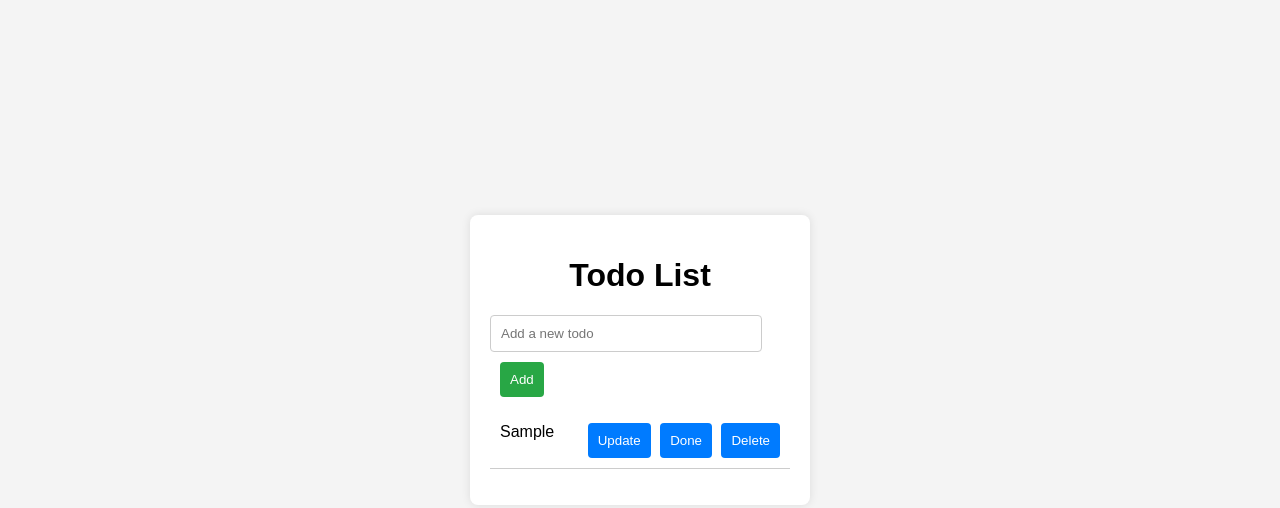
Repository: bianphang/todo-list_vanilla-js
Page: index.html
These files come from the project's save history. The page is drawn as it stood at one moment and after the next save; the edit follows.
The browser window is 1280 px wide. The pictures show the whole page.
Empty fields were first filled with sample values (such as "Sample", 5 or name@example.com).
After loading, the first visible `#add-btn` was clicked once.

Above is the page before, as saved 2024-06-09 12:43:28.

After the next save:
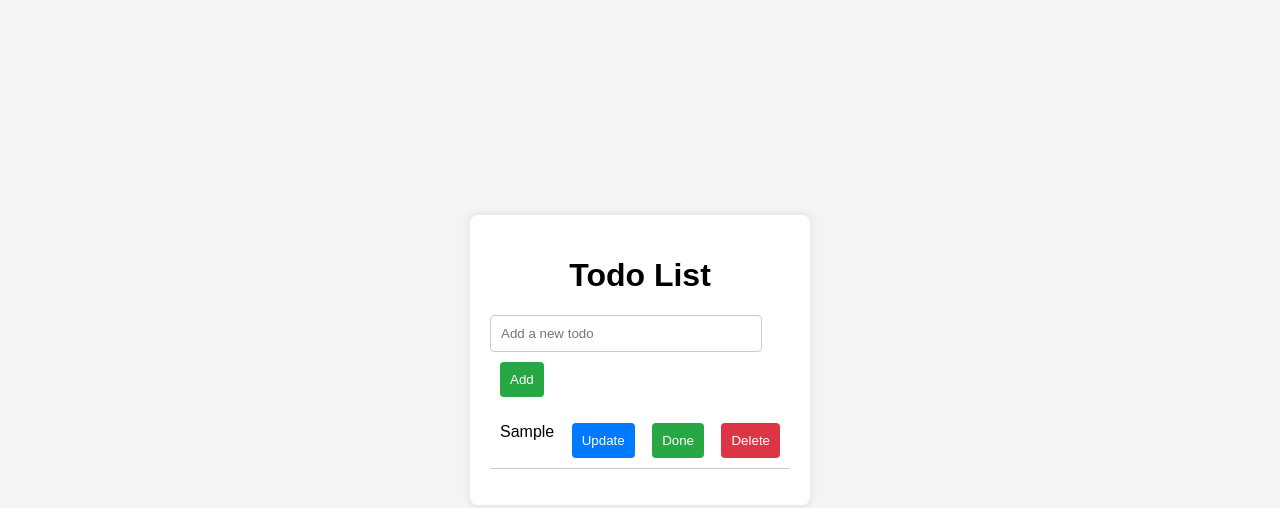
Saved 5 s later.
--- a/script.js
+++ b/script.js
@@ -1,39 +1,52 @@
-// script.js
-document.getElementById('add-btn').addEventListener('click', addTask);
+document.getElementById('add-btn').addEventListener('click', addTodo);
 
-function addTask() {
-  const taskText = document.getElementById('todo-input').value;
-  if (taskText === '') return;
+function addTodo() {
+  const todoInput = document.getElementById('todo-input');
+  const todoText = todoInput.value.trim();
 
-  const li = document.createElement('li');
-  li.innerHTML = `
-        <span>${taskText}</span>
-        <div>
-            <button onclick="editTask(this)">Update</button>
-            <button onclick="completeTask(this)">Done</button>
-            <button onclick="deleteTask(this)">Delete</button>
-        </div>
-    `;
+  if (todoText === '') return;
 
-  document.getElementById('todo-list').appendChild(li);
-  document.getElementById('todo-input').value = '';
+  const todoList = document.getElementById('todo-list');
+
+  const listItem = document.createElement('li');
+
+  const span = document.createElement('span');
+  span.textContent = todoText;
+  listItem.appendChild(span);
+
+  const updateBtn = document.createElement('button');
+  updateBtn.textContent = 'Update';
+  updateBtn.className = 'update';
+  updateBtn.addEventListener('click', () => updateTodo(span));
+  listItem.appendChild(updateBtn);
+
+  const doneBtn = document.createElement('button');
+  doneBtn.textContent = 'Done';
+  doneBtn.className = 'done';
+  doneBtn.addEventListener('click', () => doneTodo(listItem));
+  listItem.appendChild(doneBtn);
+
+  const deleteBtn = document.createElement('button');
+  deleteBtn.textContent = 'Delete';
+  deleteBtn.className = 'delete';
+  deleteBtn.addEventListener('click', () => deleteTodo(listItem));
+  listItem.appendChild(deleteBtn);
+
+  todoList.appendChild(listItem);
+  todoInput.value = '';
 }
 
-function editTask(button) {
-  const li = button.parentNode.parentNode;
-  const span = li.querySelector('span');
-  const newTask = prompt('Update your task', span.innerText);
-  if (newTask) {
-    span.innerText = newTask;
+function updateTodo(span) {
+  const newTodoText = prompt('Update the todo:', span.textContent);
+  if (newTodoText !== null) {
+    span.textContent = newTodoText.trim();
   }
 }
 
-function completeTask(button) {
-  const li = button.parentNode.parentNode;
-  li.classList.toggle('done');
+function doneTodo(listItem) {
+  listItem.classList.toggle('done');
 }
 
-function deleteTask(button) {
-  const li = button.parentNode.parentNode;
-  li.remove();
+function deleteTodo(listItem) {
+  listItem.remove();
 }
